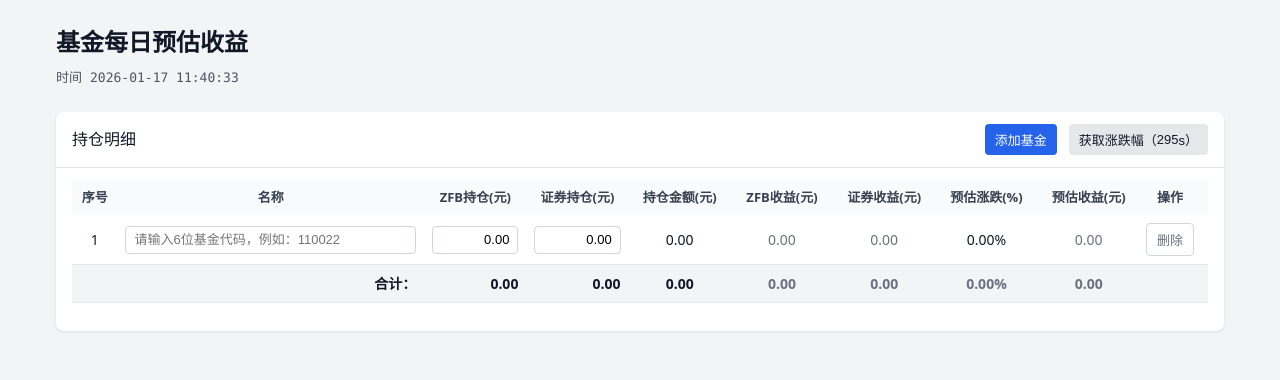
Repository: zt-boom/finance
Page: index.html
The author's editor kept a copy of each file at every save. The page is drawn from the files as they stood at one save, then again after the next save.
The browser window is 1280 px wide. The pictures show the whole page.

Above is the page before, as saved 2026-01-17 19:52:41.

### index.html
<!DOCTYPE html>
<html lang="zh-CN">
<head>
<meta charset="UTF-8">
<title>基金每日预估收益</title>
<meta name="viewport" content="width=device-width,initial-scale=1">
<link rel="stylesheet" href="./style.css">
</head>
<body>
<div class="app">
<header class="app-header">
<h1>基金每日预估收益</h1>
<div class="date-row">
<span>时间</span>
<span id="current-date"></span>
</div>
</header>
<main class="app-main">
<section class="card">
<div class="card-header">
<h2>持仓明细</h2>
<div class="card-header-actions">
<button id="add-fund-btn" class="primary-button">添加基金</button>
<button id="fetch-percent-btn" class="secondary-button">
获取涨跌幅（<span id="auto-refresh-countdown">300</span>s）
</button>
</div>
</div>
<div class="card-body">
<div class="table-wrapper">
<table class="fund-table">
<thead>
<tr>
<th class="index-col">序号</th>
<th>名称</th>
<th>ZFB持仓(元)</th>
<th>证券持仓(元)</th>
<th>持仓金额(元)</th>
<th>ZFB收益(元)</th>
<th>证券收益(元)</th>
<th>预估涨跌(%)</th>
<th>预估收益(元)</th>
<th>操作</th>
</tr>
</thead>
<tbody id="fund-table-body"></tbody>
        <tfoot>
          <tr class="summary-row">
            <td colspan="2">合计：</td>
            <td><span id="total-zfb-amount">0.00</span></td>
            <td><span id="total-stock-amount">0.00</span></td>
            <td><span id="total-amount">0.00</span></td>
            <td><span id="total-zfb-profit">0.00</span></td>
            <td><span id="total-stock-profit">0.00</span></td>
            <td><span id="total-percent">0.00%</span></td>
            <td><span id="total-profit">0.00</span></td>
            <td></td>
          </tr>
        </tfoot>
</table>
</div>
</div>
</section>
</main>
</div>
<script src="./main.js"></script>
</body>
</html>

### style.css
* {
box-sizing: border-box;
margin: 0;
padding: 0;
}

body {
font-family: system-ui, -apple-system, BlinkMacSystemFont, "Segoe UI", sans-serif;
background-color: #f3f4f6;
color: #111827;
line-height: 1.5;
}

.app {
max-width: 1200px;
margin: 0 auto;
padding: 24px 16px 40px;
}

.app-header {
display: flex;
flex-direction: column;
gap: 8px;
margin-bottom: 24px;
}

.app-header h1 {
font-size: 24px;
font-weight: 600;
color: #111827;
}

.date-row {
display: flex;
gap: 8px;
align-items: center;
font-size: 13px;
color: #4b5563;
}

.date-row span:last-child {
font-family: ui-monospace, SFMono-Regular, Menlo, Monaco, Consolas, "Liberation Mono", "Courier New", monospace;
font-variant-numeric: tabular-nums;
}

.app-main {
display: flex;
flex-direction: column;
gap: 16px;
}

.card {
background-color: #ffffff;
border-radius: 8px;
box-shadow: 0 1px 3px rgba(15, 23, 42, 0.1);
overflow: hidden;
}

.card-header {
display: flex;
justify-content: space-between;
align-items: center;
padding: 12px 16px;
border-bottom: 1px solid #e5e7eb;
}

.card-header h2 {
font-size: 16px;
font-weight: 500;
}

.card-header-actions {
display: flex;
align-items: center;
gap: 12px;
}

.card-body {
padding: 12px 16px 16px;
}

.table-wrapper {
overflow-x: auto;
margin-bottom: 12px;
}

.fund-table {
 width: 100%;
 border-collapse: collapse;
 font-size: 14px;
 table-layout: fixed;
}

.fund-table td {
 border-bottom: 1px solid #e5e7eb;
 padding: 8px 8px;
 text-align: left;
}

.fund-table th.index-col,
.fund-table td[data-role="row-index"] {
 width: 4%;
text-align: center;
cursor: grab;
}

.fund-table td:nth-child(3),
.fund-table td:nth-child(4),
.fund-table td:nth-child(5),
.fund-table td:nth-child(6),
.fund-table td:nth-child(7),
.fund-table td:nth-child(8),
.fund-table td:nth-child(9) {
text-align: center;
white-space: nowrap;
}

.fund-table thead {
background-color: #f9fafb;
}

.fund-table th {
 font-weight: 600;
 color: #374151;
 text-align: center;
 padding: 8px 8px;
 font-size: 13px;
}

.fund-table tbody tr:nth-child(even) {
background-color: #f9fafb;
}

.fund-table tbody tr:hover {
background-color: #eef2ff;
}

.fund-table tr.dragging {
opacity: 0.7;
}

.fund-table input {
 width: 100%;
 height: 28px;
 padding: 3px 8px;
 font-size: 13px;
 border-radius: 4px;
 border: 1px solid #d1d5db;
 outline: none;
 text-align: right;
}

.fund-table input.narrow-number-input {
 width: 100%;
 margin: 0;
}

.fund-table td:nth-child(2) input {
text-align: left;
}

.fund-table th:nth-child(2),
.fund-table td:nth-child(2) {
 width: 27%;
}

.fund-table th:nth-child(10),
.fund-table td:nth-child(10) {
 width: 6%;
padding-left: 0;
text-align: center;
}

.fund-table th:nth-child(3),
.fund-table td:nth-child(3),
.fund-table th:nth-child(4),
.fund-table td:nth-child(4),
.fund-table th:nth-child(5),
.fund-table td:nth-child(5),
.fund-table th:nth-child(6),
.fund-table td:nth-child(6),
.fund-table th:nth-child(7),
.fund-table td:nth-child(7),
.fund-table th:nth-child(8),
.fund-table td:nth-child(8),
.fund-table th:nth-child(9),
.fund-table td:nth-child(9) {
 width: 9%;
}

.fund-table input[type="number"]::-webkit-outer-spin-button,
.fund-table input[type="number"]::-webkit-inner-spin-button {
-webkit-appearance: none;
margin: 0;
}

.fund-table input[type="number"] {
-moz-appearance: textfield;
}

.fund-table input:focus {
border-color: #2563eb;
box-shadow: 0 0 0 1px rgba(37, 99, 235, 0.2);
}

.value-positive {
color: #ef4444;
}

.value-negative {
color: #10b981;
}

.value-zero {
color: #6b7280;
}

.summary-row td {
font-weight: 600;
color: #111827;
background-color: #f3f4f6;
}

.summary-row td:first-child {
text-align: right;
padding-right: 8px;
}

.summary-items {
display: flex;
flex-wrap: wrap;
gap: 4px 16px;
justify-content: flex-end;
align-items: center;
}

#auto-refresh-countdown {
display: inline-block;
width: 3ch;
text-align: right;
}

.summary-items span {
font-weight: 500;
white-space: nowrap;
}

.summary-left {
display: flex;
flex-wrap: wrap;
gap: 4px 16px;
align-items: center;
}

.summary-items span strong {
font-size: 18px;
margin-left: 4px;
font-family: ui-monospace, SFMono-Regular, Menlo, Monaco, Consolas, "Liberation Mono", "Courier New", monospace;
}

#total-amount {
color: #111827;
}

#total-zfb-amount,
#total-stock-amount {
  display: inline-block;
  width: 100%;
  text-align: right;
}

.primary-button,
.secondary-button,
.danger-button {
border-radius: 4px;
border: none;
cursor: pointer;
font-size: 13px;
padding: 6px 10px;
display: flex;
align-items: center;
justify-content: center;
}

.primary-button {
background-color: #2563eb;
color: #ffffff;
}

.primary-button:hover {
background-color: #1d4ed8;
}

.secondary-button {
background-color: #e5e7eb;
color: #111827;
}

.secondary-button:hover {
background-color: #d1d5db;
}

.danger-button {
 background-color: transparent;
 color: #6b7280;
 border: 1px solid #d1d5db;
margin: 0 auto;
}

.danger-button:hover {
 background-color: #fee2e2;
 color: #b91c1c;
 border-color: #fecaca;
}

.actions-row {
display: none;
}

.instructions {
font-size: 13px;
color: #4b5563;
}

.instructions ol {
padding-left: 18px;
display: flex;
flex-direction: column;
gap: 4px;
}

@media (max-width: 640px) {
.app {
padding-inline: 12px;
}
.card-header {
flex-direction: column;
gap: 8px;
align-items: flex-start;
}
}

### main.js
const STORAGE_KEY = "fund_holdings_v1";
let dragSourceRow = null;

function handleRowDragStart(event) {
const cell = event.currentTarget;
const row = cell.parentElement;
dragSourceRow = row;
row.classList.add("dragging");
if (event.dataTransfer) {
event.dataTransfer.effectAllowed = "move";
event.dataTransfer.setData("text/plain", "");
}
}

function handleRowDragOver(event) {
event.preventDefault();
if (event.dataTransfer) {
event.dataTransfer.dropEffect = "move";
}
}

function handleRowDrop(event) {
event.preventDefault();
const targetCell = event.currentTarget;
const targetRow = targetCell.parentElement;
if (!dragSourceRow || dragSourceRow === targetRow) {
return;
}
const tbody = targetRow.parentElement;
const rows = Array.from(tbody.querySelectorAll('tr[data-role="fund-row"]'));
const sourceIndex = rows.indexOf(dragSourceRow);
const targetIndex = rows.indexOf(targetRow);
if (sourceIndex === -1 || targetIndex === -1) {
return;
}
if (sourceIndex < targetIndex) {
tbody.insertBefore(dragSourceRow, targetRow.nextSibling);
} else {
tbody.insertBefore(dragSourceRow, targetRow);
}
}

function handleRowDragEnd() {
const rows = document.querySelectorAll('tr[data-role="fund-row"]');
rows.forEach(row => {
row.classList.remove("dragging");
});
dragSourceRow = null;
updateRowIndices();
handleStorageUpdate();
calculateProfit();
}

function formatCurrency(value) {
if (Number.isNaN(value)) return "0.00";
return value.toFixed(2);
}

function formatNumber(value) {
if (Number.isNaN(value)) return "";
return value.toFixed(2);
}

function getTodayDateString() {
const now = new Date();
const year = String(now.getFullYear());
const month = String(now.getMonth() + 1).padStart(2, "0");
const day = String(now.getDate()).padStart(2, "0");
const hours = String(now.getHours()).padStart(2, "0");
const minutes = String(now.getMinutes()).padStart(2, "0");
const seconds = String(now.getSeconds()).padStart(2, "0");
return `${year}-${month}-${day} ${hours}:${minutes}:${seconds}`;
}

const fundJsonpRequests = [];
let isFetchingPercentages = false;

function ensureJsonpHandler() {
if (window._fundJsonpInitialized) {
return;
}
    window._fundJsonpInitialized = true;
    window.jsonpgz = function (data) {
    if (!data || !data.fundcode) {
    return;
    }
    const code = data.fundcode;
    while (true) {
    let index = -1;
    for (let i = 0; i < fundJsonpRequests.length; i += 1) {
    if (fundJsonpRequests[i].code === code) {
    index = i;
    break;
    }
    }
    if (index === -1) {
    break;
    }
    const request = fundJsonpRequests.splice(index, 1)[0];
    try {
    const value = request.transform ? request.transform(data) : data;
    request.resolve(value);
    } catch (e) {
    if (request.reject) {
    if (e instanceof Error) {
    request.reject(e);
    } else {
    request.reject(new Error("解析基金数据失败"));
    }
    }
    }
    }
    const scripts = document.querySelectorAll(`script[data-fund-code="${code}"]`);
    scripts.forEach(script => {
    const parent = script.parentNode;
    if (parent) {
    parent.removeChild(script);
    }
    });
    };
}

function fetchFundEstimate(code) {
return new Promise((resolve, reject) => {
if (!code) {
reject(new Error("缺少基金代码"));
return;
}
ensureJsonpHandler();
    fundJsonpRequests.push({
    code,
    resolve,
    reject,
    transform: data => {
    const percent = parseFloat(data.gszzl);
    if (Number.isNaN(percent)) {
    throw new Error("无效的涨跌幅数据");
    }
    return percent;
    }
    });
    const script = document.createElement("script");
    script.src = `https://fundgz.1234567.com.cn/js/${code}.js?rt=${Date.now()}`;
    script.dataset.fundCode = code;
    script.onerror = () => {
    for (let i = 0; i < fundJsonpRequests.length; i += 1) {
    if (fundJsonpRequests[i].code === code) {
    const request = fundJsonpRequests.splice(i, 1)[0];
    request.reject(new Error("获取基金数据失败"));
    break;
    }
    }
    script.remove();
    };
    document.body.appendChild(script);
});
}

function fetchFundInfo(code) {
return new Promise((resolve, reject) => {
if (!code) {
reject(new Error("缺少基金代码"));
return;
}
ensureJsonpHandler();
    fundJsonpRequests.push({
    code,
    resolve,
    reject,
    transform: data => data
    });
    const script = document.createElement("script");
    script.src = `https://fundgz.1234567.com.cn/js/${code}.js?rt=${Date.now()}`;
    script.dataset.fundCode = code;
    script.onerror = () => {
    for (let i = 0; i < fundJsonpRequests.length; i += 1) {
    if (fundJsonpRequests[i].code === code) {
    const request = fundJsonpRequests.splice(i, 1)[0];
    request.reject(new Error("获取基金数据失败"));
    break;
    }
    }
    script.remove();
    };
    document.body.appendChild(script);
});
}

function parseFundCodeFromName(name) {
if (!name) return null;
const match = name.match(/(\d{6})/);
if (!match) {
return null;
}
return match[1];
}

function loadHoldingsFromStorage() {
try {
const raw = window.localStorage.getItem(STORAGE_KEY);
if (!raw) return [];
const parsed = JSON.parse(raw);
if (!Array.isArray(parsed)) return [];
return parsed;
} catch (e) {
return [];
}
}

function saveHoldingsToStorage(holdings) {
try {
const serialized = JSON.stringify(holdings);
window.localStorage.setItem(STORAGE_KEY, serialized);
} catch (e) {
}
}

function createTableRow(fund) {
const tr = document.createElement("tr");
const indexTd = document.createElement("td");
const nameTd = document.createElement("td");
const zfbAmountTd = document.createElement("td");
const stockAmountTd = document.createElement("td");
const amountTd = document.createElement("td");
const zfbProfitTd = document.createElement("td");
const stockProfitTd = document.createElement("td");
const percentTd = document.createElement("td");
const profitTd = document.createElement("td");
const actionsTd = document.createElement("td");
const nameInput = document.createElement("input");
nameInput.type = "text";
nameInput.value = fund.name || "";
nameInput.placeholder = "请输入6位基金代码，例如：110022";
nameInput.addEventListener("change", handleStorageUpdate);
nameInput.addEventListener("keydown", event => {
if (event.key === "Enter") {
event.preventDefault();
const raw = nameInput.value.trim();
const code = parseFundCodeFromName(raw);
if (!code) {
window.alert("请先输入6位基金代码");
return;
}
const rows = document.querySelectorAll('tr[data-role="fund-row"]');
let duplicate = false;
rows.forEach(row => {
const inputs = row.querySelectorAll("input");
const otherNameInput = inputs[0];
if (!otherNameInput || otherNameInput === nameInput) {
return;
}
const otherCode = parseFundCodeFromName(otherNameInput.value.trim());
if (otherCode && otherCode === code) {
duplicate = true;
}
});
if (duplicate) {
window.alert("该基金代码已存在，请不要重复添加");
return;
}
nameInput.disabled = true;
fetchFundInfo(code).then(data => {
nameInput.disabled = false;
if (!data || !data.name) {
window.alert("未能获取基金名称，请检查基金代码");
return;
}
nameInput.value = `${code}  ${data.name}`;
handleStorageUpdate();
}).catch(() => {
nameInput.disabled = false;
window.alert("未能获取基金名称，请检查基金代码或网络连接");
});
}
});
const zfbInput = document.createElement("input");
zfbInput.type = "number";
zfbInput.step = "0.01";
zfbInput.min = "0";
zfbInput.value = fund.zfbAmount != null ? formatCurrency(Number(fund.zfbAmount)) : "0.00";
zfbInput.addEventListener("blur", () => {
const value = parseFloat(zfbInput.value);
const normalized = Number.isNaN(value) ? 0 : value;
zfbInput.value = formatCurrency(normalized);
});
zfbInput.addEventListener("input", () => {
calculateProfit();
});
zfbInput.addEventListener("change", () => {
handleStorageUpdate();
calculateProfit();
});
zfbInput.className = "narrow-number-input";
const stockInput = document.createElement("input");
stockInput.type = "number";
stockInput.step = "0.01";
stockInput.min = "0";
stockInput.value = fund.stockAmount != null ? formatCurrency(Number(fund.stockAmount)) : "0.00";
stockInput.addEventListener("blur", () => {
const value = parseFloat(stockInput.value);
const normalized = Number.isNaN(value) ? 0 : value;
stockInput.value = formatCurrency(normalized);
});
stockInput.addEventListener("input", () => {
calculateProfit();
});
stockInput.addEventListener("change", () => {
handleStorageUpdate();
calculateProfit();
});
stockInput.className = "narrow-number-input";
const amountSpan = document.createElement("span");
amountSpan.dataset.role = "amount-display";
amountSpan.textContent = "0.00";
const zfbProfitSpan = document.createElement("span");
zfbProfitSpan.textContent = "0.00";
const stockProfitSpan = document.createElement("span");
stockProfitSpan.textContent = "0.00";
const percentSpan = document.createElement("span");
percentSpan.textContent = "0.00%";
const profitSpan = document.createElement("span");
profitSpan.textContent = "0.00";
const deleteButton = document.createElement("button");
deleteButton.textContent = "删除";
deleteButton.className = "danger-button";
deleteButton.addEventListener("click", () => {
const inputs = tr.querySelectorAll("input");
const nameValue = inputs[0] ? inputs[0].value.trim() : "";
const zfbValue = inputs[1] ? inputs[1].value.trim() : "";
const stockValue = inputs[2] ? inputs[2].value.trim() : "";
const isEmptyRow = !nameValue && !zfbValue && !stockValue;
if (!isEmptyRow) {
const confirmed = window.confirm("确定要删除这条持仓记录吗？");
if (!confirmed) {
return;
}
}
tr.remove();
handleStorageUpdate();
calculateProfit();
updateRowIndices();
});
indexTd.dataset.role = "row-index";
indexTd.draggable = true;
indexTd.addEventListener("dragstart", handleRowDragStart);
indexTd.addEventListener("dragover", handleRowDragOver);
indexTd.addEventListener("drop", handleRowDrop);
indexTd.addEventListener("dragend", handleRowDragEnd);
zfbProfitTd.dataset.role = "zfb-profit-cell";
stockProfitTd.dataset.role = "stock-profit-cell";
percentTd.dataset.role = "percent-cell";
profitTd.dataset.role = "profit-cell";
nameTd.appendChild(nameInput);
zfbAmountTd.appendChild(zfbInput);
stockAmountTd.appendChild(stockInput);
amountTd.appendChild(amountSpan);
zfbProfitTd.appendChild(zfbProfitSpan);
stockProfitTd.appendChild(stockProfitSpan);
percentTd.appendChild(percentSpan);
profitTd.appendChild(profitSpan);
actionsTd.appendChild(deleteButton);
tr.appendChild(indexTd);
tr.appendChild(nameTd);
tr.appendChild(zfbAmountTd);
tr.appendChild(stockAmountTd);
tr.appendChild(amountTd);
tr.appendChild(zfbProfitTd);
tr.appendChild(stockProfitTd);
tr.appendChild(percentTd);
tr.appendChild(profitTd);
tr.appendChild(actionsTd);
tr.dataset.role = "fund-row";
return tr;
}

function readHoldingsFromTable() {
const rows = document.querySelectorAll('tr[data-role="fund-row"]');
const holdings = [];
rows.forEach(row => {
const inputs = row.querySelectorAll("input");
const nameInput = inputs[0];
const zfbInput = inputs[1];
const stockInput = inputs[2];
const name = nameInput.value.trim();
const zfbAmount = parseFloat(zfbInput.value);
const stockAmount = parseFloat(stockInput.value);
const hasZfb = !Number.isNaN(zfbAmount) && zfbAmount > 0;
const hasStock = !Number.isNaN(stockAmount) && stockAmount > 0;
if (!name && !hasZfb && !hasStock) {
return;
}
holdings.push({
name,
zfbAmount: hasZfb ? zfbAmount : 0,
stockAmount: hasStock ? stockAmount : 0
});
});
return holdings;
}

function handleStorageUpdate() {
const holdings = readHoldingsFromTable();
saveHoldingsToStorage(holdings);
}

function populateTableFromStorage() {
const tbody = document.getElementById("fund-table-body");
tbody.innerHTML = "";
const holdings = loadHoldingsFromStorage();
if (holdings.length === 0) {
const row = createTableRow({ name: "", zfbAmount: null, stockAmount: null });
tbody.appendChild(row);
updateRowIndices();
calculateProfit();
return;
}
holdings.forEach(fund => {
const row = createTableRow({
name: fund.name || "",
zfbAmount: fund.zfbAmount != null ? fund.zfbAmount : null,
stockAmount: fund.stockAmount != null ? fund.stockAmount : null
});
tbody.appendChild(row);
});
updateRowIndices();
calculateProfit();
}

function calculateProfit() {
const rows = document.querySelectorAll('tr[data-role="fund-row"]');
let totalZfbAmount = 0;
let totalStockAmount = 0;
let totalZfbProfit = 0;
let totalStockProfit = 0;
let totalProfit = 0;
let totalHoldingAmount = 0;
rows.forEach(row => {
const inputs = row.querySelectorAll("input");
const zfbInput = inputs[1];
const stockInput = inputs[2];
const amountSpan = row.querySelector('span[data-role="amount-display"]');
const percentCell = row.querySelector('td[data-role="percent-cell"] span');
const profitCell = row.querySelector('td[data-role="profit-cell"] span');
const zfbProfitCell = row.querySelector('td[data-role="zfb-profit-cell"] span');
const stockProfitCell = row.querySelector('td[data-role="stock-profit-cell"] span');
const zfbAmount = zfbInput ? parseFloat(zfbInput.value) : NaN;
const stockAmount = stockInput ? parseFloat(stockInput.value) : NaN;
const normalizedZfb = Number.isNaN(zfbAmount) ? 0 : zfbAmount;
const normalizedStock = Number.isNaN(stockAmount) ? 0 : stockAmount;
const amount = normalizedZfb + normalizedStock;
const percent = percentCell ? parseFloat(percentCell.textContent) : NaN;
totalZfbAmount += normalizedZfb;
totalStockAmount += normalizedStock;
if (amountSpan) {
amountSpan.textContent = formatCurrency(amount);
}
if (amount > 0) {
totalHoldingAmount += amount;
}
if (amount <= 0 || Number.isNaN(percent)) {
if (zfbProfitCell) {
zfbProfitCell.textContent = "0.00";
applyProfitColor(zfbProfitCell, 0);
}
if (stockProfitCell) {
stockProfitCell.textContent = "0.00";
applyProfitColor(stockProfitCell, 0);
}
if (profitCell) {
profitCell.textContent = "0.00";
applyProfitColor(profitCell, 0);
}
return;
}
const zfbProfit = normalizedZfb * percent / 100;
const stockProfit = normalizedStock * percent / 100;
const profit = zfbProfit + stockProfit;
totalZfbProfit += zfbProfit;
totalStockProfit += stockProfit;
totalProfit += profit;
if (zfbProfitCell) {
zfbProfitCell.textContent = formatCurrency(zfbProfit);
applyProfitColor(zfbProfitCell, zfbProfit);
}
if (stockProfitCell) {
stockProfitCell.textContent = formatCurrency(stockProfit);
applyProfitColor(stockProfitCell, stockProfit);
}
if (profitCell) {
profitCell.textContent = formatCurrency(profit);
applyProfitColor(profitCell, profit);
}
});
const totalZfbAmountElement = document.getElementById("total-zfb-amount");
if (totalZfbAmountElement) {
totalZfbAmountElement.textContent = formatCurrency(totalZfbAmount);
}
const totalStockAmountElement = document.getElementById("total-stock-amount");
if (totalStockAmountElement) {
totalStockAmountElement.textContent = formatCurrency(totalStockAmount);
}
const totalAmountElement = document.getElementById("total-amount");
if (totalAmountElement) {
totalAmountElement.textContent = formatCurrency(totalHoldingAmount);
}
const totalPercentElement = document.getElementById("total-percent");
if (totalPercentElement) {
const totalPercent = totalHoldingAmount > 0 ? (totalProfit / totalHoldingAmount) * 100 : 0;
totalPercentElement.textContent = `${formatNumber(totalPercent)}%`;
applyProfitColor(totalPercentElement, totalPercent);
}
const totalZfbProfitElement = document.getElementById("total-zfb-profit");
if (totalZfbProfitElement) {
totalZfbProfitElement.textContent = formatCurrency(totalZfbProfit);
applyProfitColor(totalZfbProfitElement, totalZfbProfit);
}
const totalStockProfitElement = document.getElementById("total-stock-profit");
if (totalStockProfitElement) {
totalStockProfitElement.textContent = formatCurrency(totalStockProfit);
applyProfitColor(totalStockProfitElement, totalStockProfit);
}
const totalProfitElement = document.getElementById("total-profit");
totalProfitElement.textContent = formatCurrency(totalProfit);
applyProfitColor(totalProfitElement, totalProfit);
}

function autoFetchPercentages(options) {
if (isFetchingPercentages) {
return;
}
const useButton = !options || options.useButton !== false;
const showAlert = !options || options.showAlert !== false;
const rows = document.querySelectorAll('tr[data-role="fund-row"]');
const promises = [];
rows.forEach(row => {
const inputs = row.querySelectorAll("input");
const nameInput = inputs[0];
const name = nameInput ? nameInput.value.trim() : "";
const code = parseFundCodeFromName(name);
if (!code) {
return;
}
const percentCell = row.querySelector('td[data-role="percent-cell"] span');
if (!percentCell) {
return;
}
const promise = fetchFundEstimate(code).then(percent => {
const value = formatNumber(percent);
percentCell.textContent = `${value}%`;
return true;
}).catch(() => false);
promises.push(promise);
});
if (promises.length === 0) {
if (showAlert) {
window.alert("请先在名称中输入包含6位基金代码的内容");
}
return;
}
const fetchButton = useButton ? document.getElementById("fetch-percent-btn") : null;
if (fetchButton) {
fetchButton.disabled = true;
}
isFetchingPercentages = true;
Promise.all(promises).then(results => {
isFetchingPercentages = false;
const successCount = results.filter(Boolean).length;
if (fetchButton) {
fetchButton.disabled = false;
}
if (successCount === 0) {
if (showAlert) {
window.alert("未能获取任何基金的预估涨跌，请检查基金代码或网络连接");
}
return;
}
calculateProfit();
});
}

function applyProfitColor(element, value) {
if (!element) {
return;
}
element.classList.remove("value-positive", "value-negative", "value-zero");
if (Number.isNaN(value)) {
return;
}
if (value > 0) {
element.classList.add("value-positive");
} else if (value < 0) {
element.classList.add("value-negative");
} else {
element.classList.add("value-zero");
}
}

function initApp() {
const dateElement = document.getElementById("current-date");
if (dateElement) {
dateElement.textContent = getTodayDateString();
}
populateTableFromStorage();
  const addFundButton = document.getElementById("add-fund-btn");
  const fetchPercentButton = document.getElementById("fetch-percent-btn");
  const countdownElement = document.getElementById("auto-refresh-countdown");
const autoRefreshSeconds = 300;
let remainingSeconds = autoRefreshSeconds;
function updateCountdown() {
if (countdownElement) {
countdownElement.textContent = String(remainingSeconds);
}
}
function resetCountdown() {
remainingSeconds = autoRefreshSeconds;
updateCountdown();
}
updateCountdown();
  if (addFundButton) {
    addFundButton.addEventListener("click", () => {
      const tbody = document.getElementById("fund-table-body");
      const row = createTableRow({ name: "", zfbAmount: null, stockAmount: null });
      tbody.appendChild(row);
      updateRowIndices();
    });
  }
  if (fetchPercentButton) {
    fetchPercentButton.addEventListener("click", () => {
      autoFetchPercentages({ useButton: true, showAlert: true });
      resetCountdown();
    });
  }
if (dateElement) {
setInterval(() => {
dateElement.textContent = getTodayDateString();
}, 1000);
}
setInterval(() => {
remainingSeconds -= 1;
if (remainingSeconds <= 0) {
autoFetchPercentages({ useButton: false, showAlert: false });
remainingSeconds = autoRefreshSeconds;
}
updateCountdown();
}, 1000);
}

function updateRowIndices() {
const rows = document.querySelectorAll('tr[data-role="fund-row"]');
rows.forEach((row, index) => {
const indexCell = row.querySelector('td[data-role="row-index"]');
if (indexCell) {
indexCell.textContent = String(index + 1);
}
});
}

if (document.readyState === "loading") {
document.addEventListener("DOMContentLoaded", initApp);
} else {
initApp();
}

After the next save:
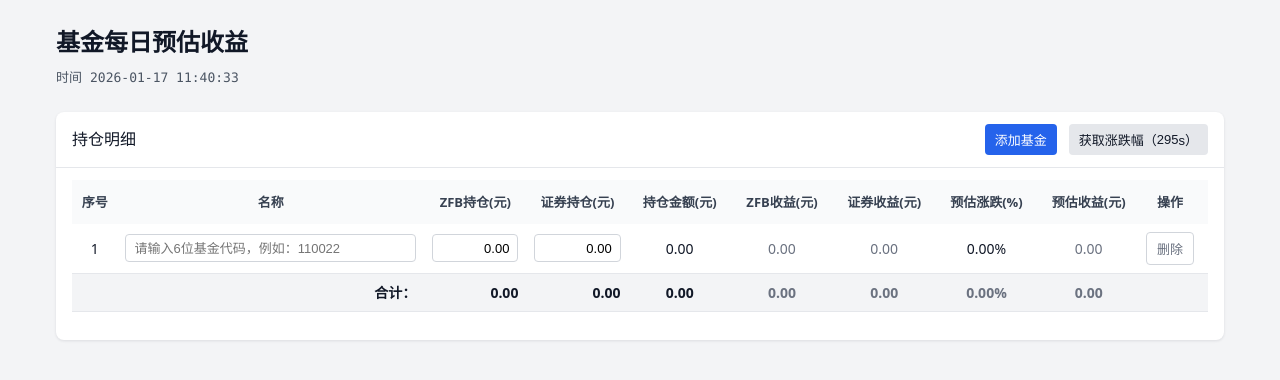
Saved 107 s later.
--- a/style.css
+++ b/style.css
@@ -124,6 +124,7 @@ background-color: #f9fafb;
  color: #374151;
  text-align: center;
  padding: 8px 8px;
+ line-height: 28px;
  font-size: 13px;
 }
 
